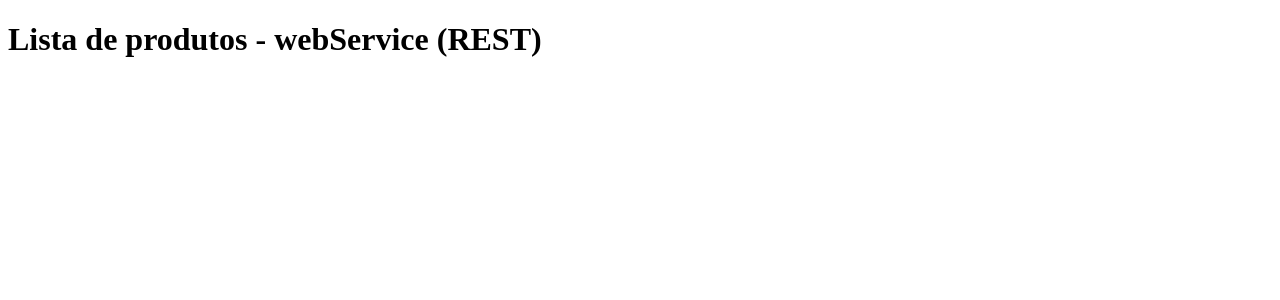
Repository: NicholasMaestrello/treinamento-impacta
Page: http://localhost/07_GestaoProdutos/clienteWs.jsp
These files come from the project's save history. The page is drawn as it stood at one moment and after the next save; the edit follows.
The browser window is 1280 px wide. The pictures show the whole page.
The page is served by Tomcat 9. Other server files are loaded and not shown.

Above is the page before, as saved 2017-10-25 16:38:36.

### DesenvolvimentoJava/Modulo06/07_GestaoProdutos/WebContent/clienteWs.jsp
<!DOCTYPE html>
<html>
<head>
<meta charset="UTF-8">
<meta name="viewport" content="width=device-width, initial-scale=1.0">
<title>Cliente WS</title>
</head>
<meta http-equiv="Content-Type" content="text/html; charset=ISO-8859-1">
<title>Insert title here</title>
</head>
<body>
	<h1>Lista de produtos - webService (REST)</h1>

</body>
</html>

After the next save:
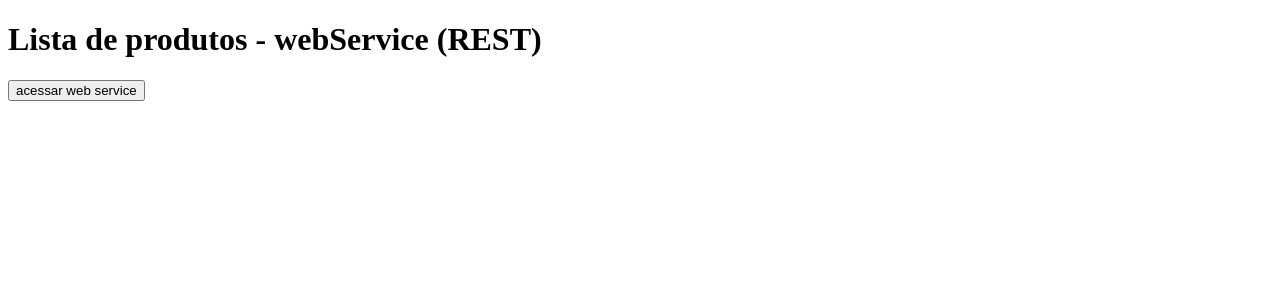
Saved 3 min 12 s later.
--- a/DesenvolvimentoJava/Modulo06/07_GestaoProdutos/WebContent/clienteWs.jsp
+++ b/DesenvolvimentoJava/Modulo06/07_GestaoProdutos/WebContent/clienteWs.jsp
@@ -10,6 +10,8 @@
 </head>
 <body>
 	<h1>Lista de produtos - webService (REST)</h1>
-
+	<form action="">
+		<input type="button" value="acessar web service" id="acesso">
+	</form>
 </body>
 </html>
